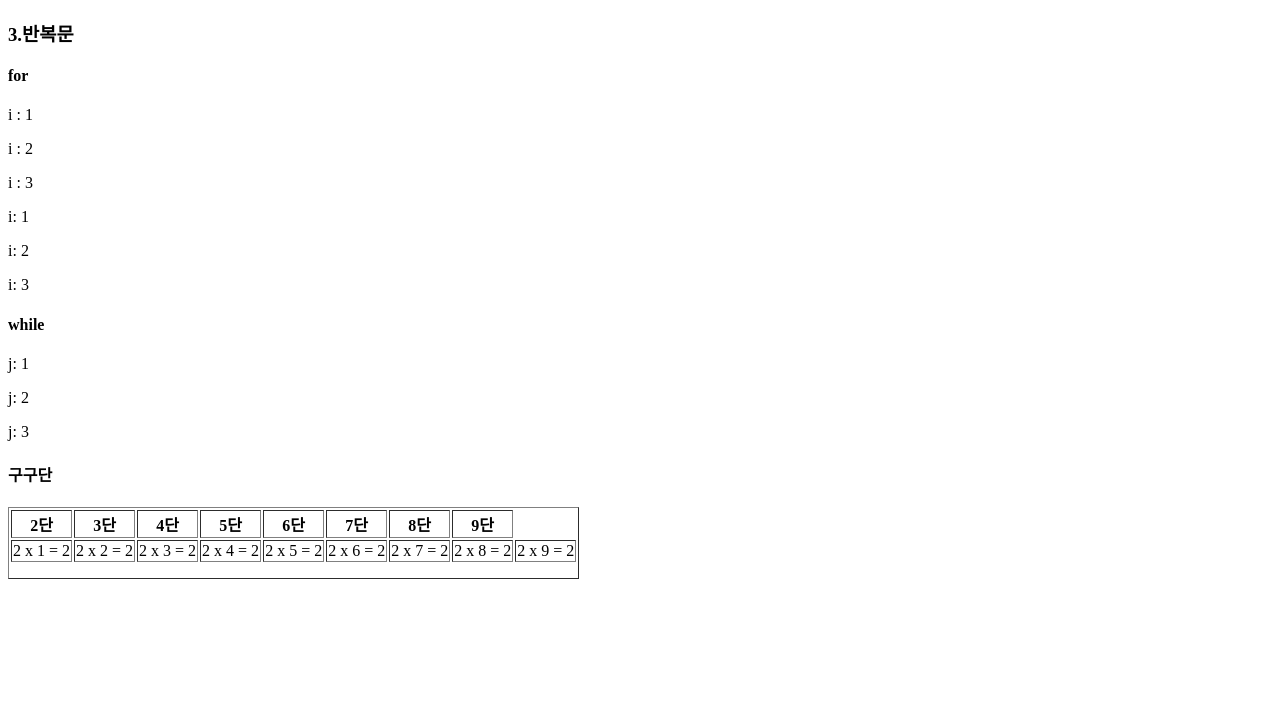
Repository: yun-setenforce/JSP
Page: http://localhost/Ch02/3_loop.jsp
The author's editor kept a copy of each file at every save. The page is drawn from the files as they stood at one save, then again after the next save.
The browser window is 1280 px wide. The pictures show the whole page.
The page is served by Tomcat 9. Other server files are loaded and not shown.

Above is the page before, as saved 2023-07-24 02:29:46.

### Ch02/src/main/webapp/3_loop.jsp
<%@ page contentType="text/html;charset=UTF-8" pageEncoding="UTF-8"%>
<!DOCTYPE html>
<html>
	<head>
		<meta charset="UTF-8">
		<title>3_loop</title>
		<%--
			날짜 : 2023/07/24
			이름 : 정채윤
			내용 : JSP 스크립트릿 반복문 실습하기
		--%>
	</head>
	<body>
		<h3>3.반복문</h3>

		<h4>for</h4>
		<%
			for(int i=1; i<=3; i++){
				out.print("<p>i : " + i + "</p>");
			}
		%>

		<% for(int i=1; i<=3;i++){ %>
			<p>i: <%=i %></p>
		<% } %>

		<h4>while</h4>
		<%
			int j = 1;
			while(j<=3){
		%>
			<p>j: <%=j %></p>
		<%
				j++;
			}
		%>

		<h4>구구단</h4>
		<table border="1">
			<tr>
				<th>2단</th>
				<th>3단</th>
				<th>4단</th>
				<th>5단</th>
				<th>6단</th>
				<th>7단</th>
				<th>8단</th>
				<th>9단</th>
			</tr>
			<tr>
				<td>2 x 1 = 2</td>
				<td>2 x 2 = 2</td>
				<td>2 x 3 = 2</td>
				<td>2 x 4 = 2</td>
				<td>2 x 5 = 2</td>
				<td>2 x 6 = 2</td>
				<td>2 x 7 = 2</td>
				<td>2 x 8 = 2</td>
				<td>2 x 9 = 2</td>
			</tr>
			<%
			for(int a=3;a<10;a++){
			%>
			<tr>
			<%
				for(int b=1; b<10; b++){
			%>
			<%
				}
			%>
			</tr>
			<%
			}
			%>
		</table>
	</body>
</html>

After the next save:
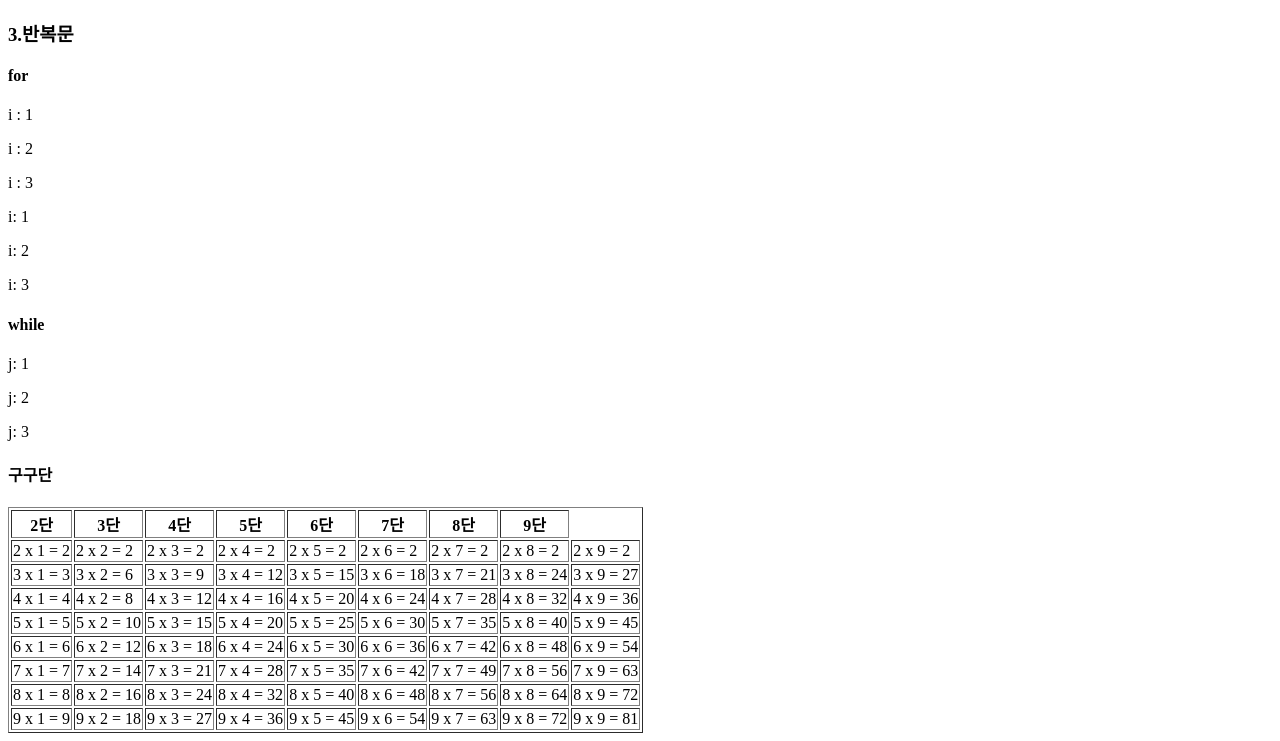
Saved 24 s later.
--- a/Ch02/src/main/webapp/3_loop.jsp
+++ b/Ch02/src/main/webapp/3_loop.jsp
@@ -65,6 +65,7 @@
 			<%
 				for(int b=1; b<10; b++){
 			%>
+				<td><%=a %> x <%=b %> = <%=a*b %> </td>
 			<%
 				}
 			%>
